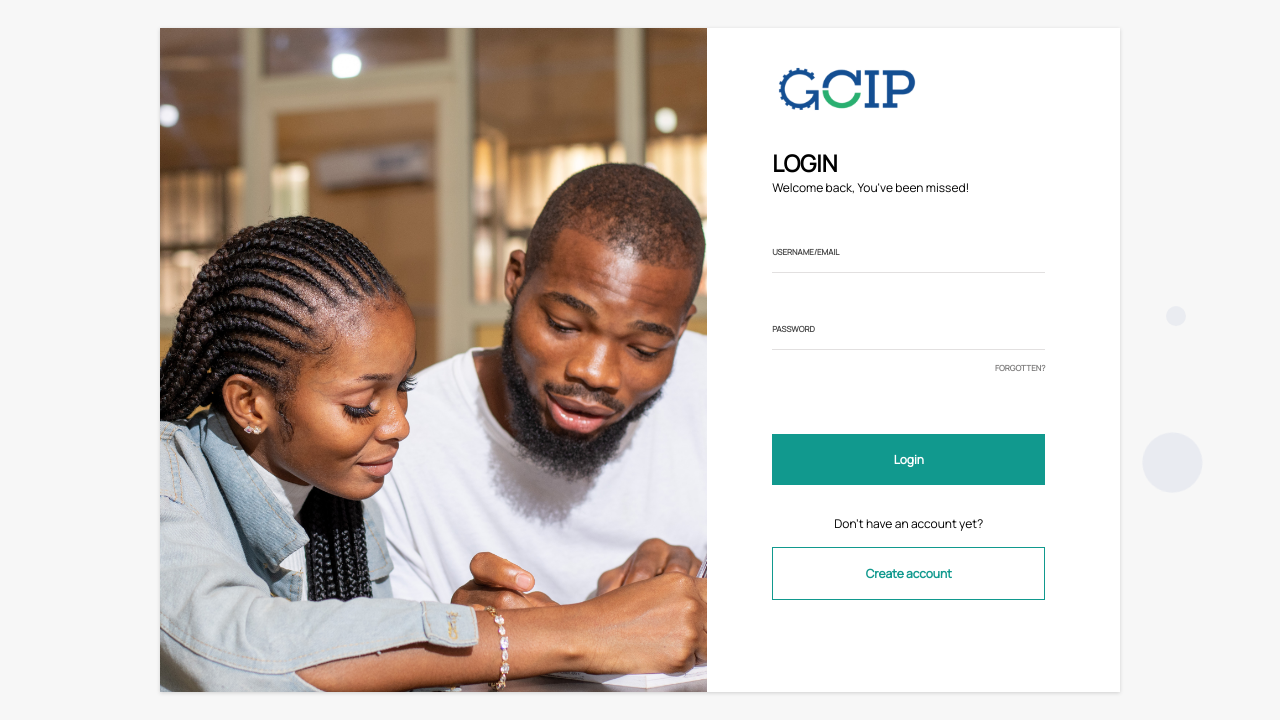
Repository: mualiyu/GCIP-Applicant-Portal
Page: /
These files come from the project's save history. The page is drawn as it stood at one moment and after the next save; the edit follows.
The browser window is 1280 px wide. The pictures show the whole page.
The project was rebuilt for these pictures with package versions that can differ from the ones it lists, and the page was loaded fresh each time. Also part of the build but not shown: vite.config.ts, src/pages/styles/login.css, src/components/Common.tsx, src/components/styles/input.css, src/components/Input.tsx, src/components/styles/button.css, src/assets/Colors/Colors.ts, src/components/Button.tsx and 81 more.

Above is the page before, as saved 2024-03-13 04:59:15.

After the next save:
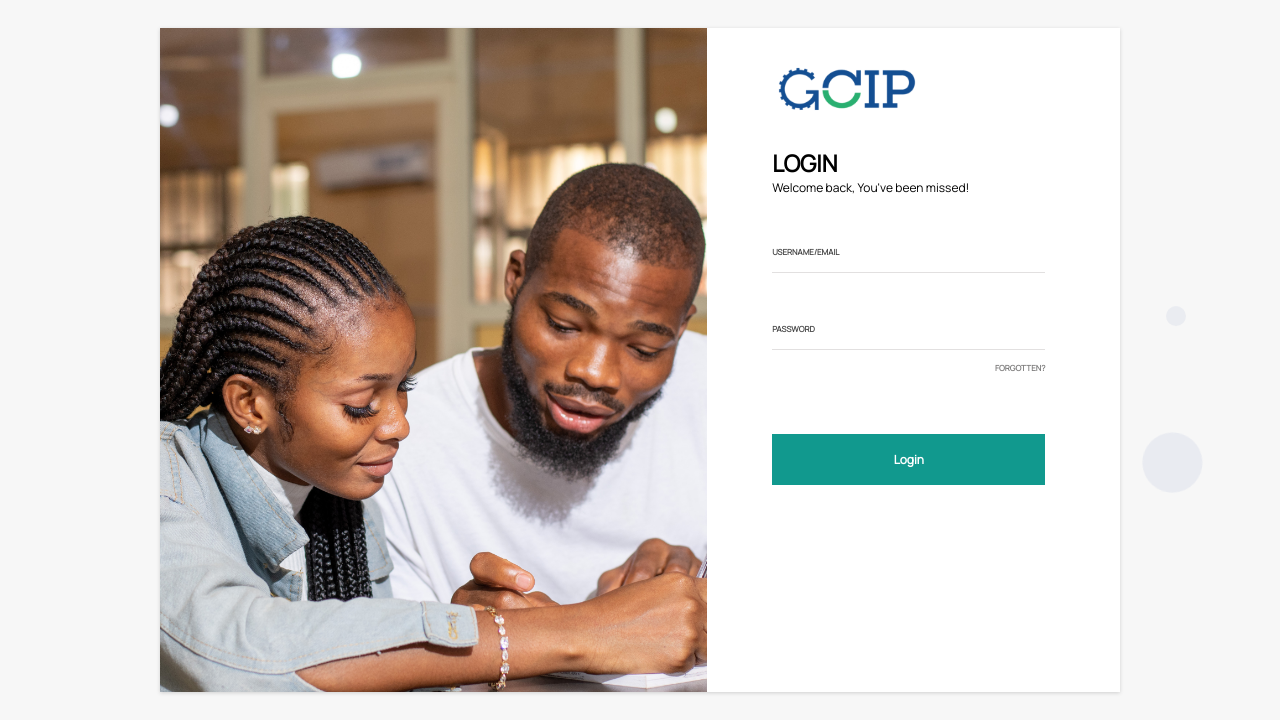
Saved 30 min 25 s later.
--- a/src/pages/Login.jsx
+++ b/src/pages/Login.jsx
@@ -177,7 +177,7 @@
               </button>
               {/* </a> */}
               {/* </form> */}
-              <div className="mt-xl">
+              {/* <div className="mt-xl">
                 <p className="center m-md">Don't have an account yet? </p>
                 <a href="./register.html">
                   <button
@@ -186,7 +186,7 @@
                     Create account
                   </button>
                 </a>
-              </div>
+              </div> */}
             </div>
           </div>
         </div>

After the save that followed:
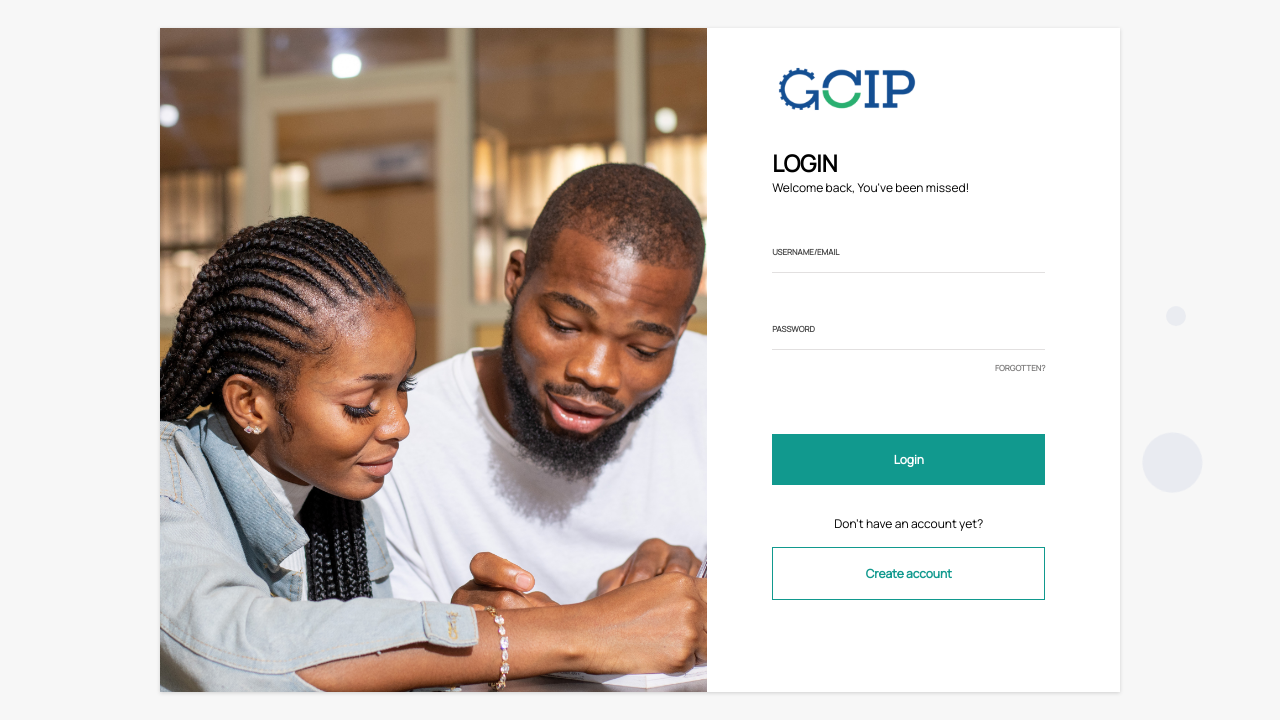
Saved 65 s later.
--- a/src/pages/Login.jsx
+++ b/src/pages/Login.jsx
@@ -177,7 +177,7 @@
               </button>
               {/* </a> */}
               {/* </form> */}
-              {/* <div className="mt-xl">
+              <div className="mt-xl">
                 <p className="center m-md">Don't have an account yet? </p>
                 <a href="./register.html">
                   <button
@@ -186,7 +186,7 @@
                     Create account
                   </button>
                 </a>
-              </div> */}
+              </div>
             </div>
           </div>
         </div>
